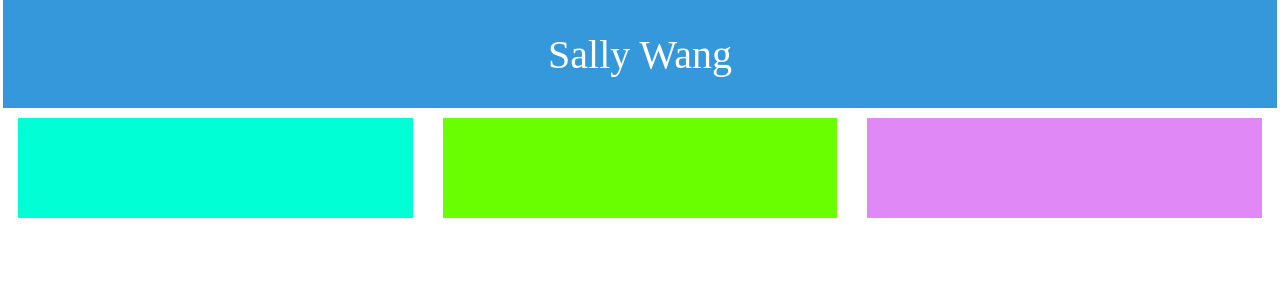
Repository: tianjiewang2022/tianjiewang2022.github.io
Page: index.html
An editor plug-in stored every save of this project. The page is shown before and after the next save, followed by the edit.
The browser window is 1280 px wide. The pictures show the whole page.

Above is the page before, as saved 2023-10-01 23:03:50.

### index.html
<!DOCTYPE html>
<html lang="en">

    <head>
        <meta charset="UTF-8">
        <meta name="viewport" content="width=device-width, initial-scale=1.0">
        <title>Sally's Webpage</title>
        <style>
            body {
                padding-top: 100px;
            }

            header {
                background-color: #3498db;
                /* Choose your header color */
                color: white;
                position: fixed;
                top: 0;
                height: 15%;
                left: 3px;
                right: 3px;
                display: flex;
                align-items: center;
                justify-content: center;
                z-index: 100;
                font-size: 40px;
            }

            .container {
                padding: 10px;
                display: flex;
                flex-wrap: wrap;
                justify-content: space-between;
                flex-wrap: nowrap;
            }

            .box {
                width: calc(33.33% - 20px);
                height: 100px;
                background-color: #ccc;
                /* Default background color */
                /* Add margin between boxes */
                background-color: #ccc;
                /* Default background color */
                text-align: center;
                display: flex;
                align-items: center;
                justify-content: center;
            }

            .blue {
                background-color: rgb(0, 255, 213);
            }

            .green {
                background-color: rgb(106, 255, 0);
            }

            .purple {
                background-color: rgb(225, 136, 247);
            }
        </style>
    </head>

    <body>
        <header>
            Sally Wang
        </header>

        <div class="container">
            <!-- Your content goes here -->
            <span class="box blue"></span>
            <span class="box green"></span>
            <span class="box purple"></span>
        </div>
    </body>

</html>

After the next save:
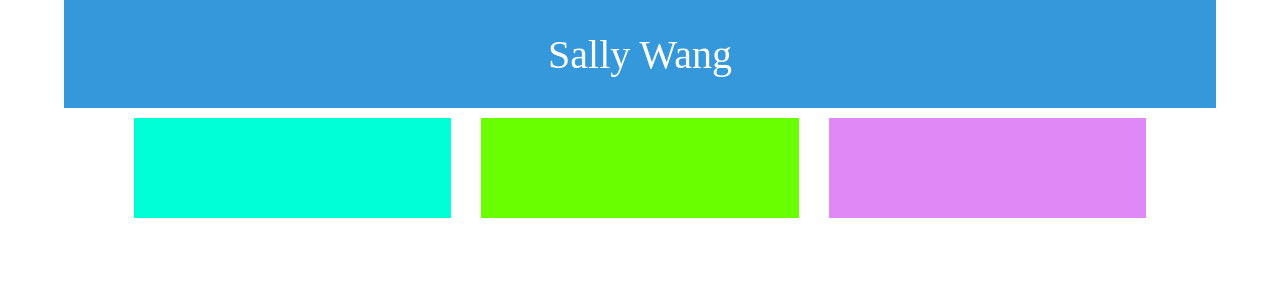
Saved 18 min 56 s later.
--- a/index.html
+++ b/index.html
@@ -17,8 +17,8 @@
                 position: fixed;
                 top: 0;
                 height: 15%;
-                left: 3px;
-                right: 3px;
+                left: 5%;
+                right: 5%;
                 display: flex;
                 align-items: center;
                 justify-content: center;
@@ -32,6 +32,8 @@
                 flex-wrap: wrap;
                 justify-content: space-between;
                 flex-wrap: nowrap;
+                padding-left: 10%;
+                padding-right: 10%;
             }
 
             .box {
